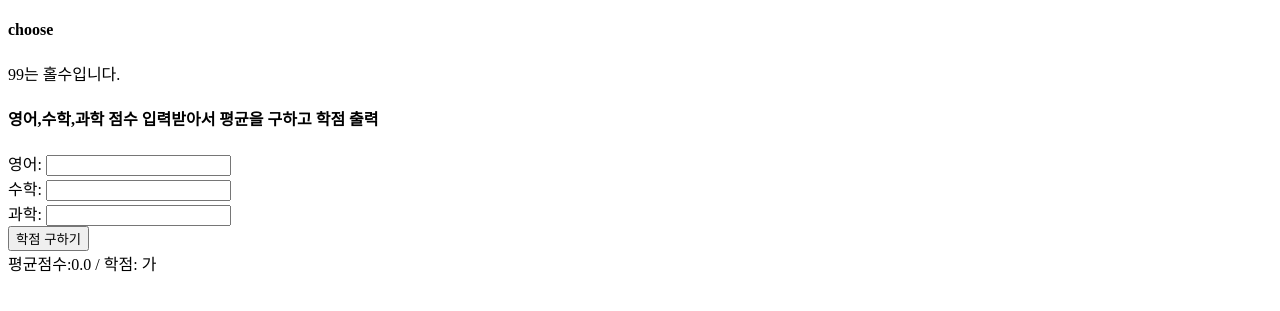
Repository: hyojinx/JspStudy
Page: http://localhost/jspstudy/11JSTL/Choose.jsp
An editor plug-in stored every save of this project. The page is shown before and after the next save, followed by the edit.
The browser window is 1280 px wide. The pictures show the whole page.
The page is served by Tomcat 9. Other server files are loaded and not shown.

Above is the page before, as saved 2023-04-10 03:14:06.

### jspstudy/src/main/webapp/11JSTL/Choose.jsp
<%@ page language="java" contentType="text/html; charset=UTF-8"
    pageEncoding="UTF-8"%>
<%@ taglib prefix="c" uri = "http://java.sun.com/jsp/jstl/core"%>
<!DOCTYPE html>
<html>
<head>
<meta charset="UTF-8">
<title>JSTLcore choose/when/otherwise</title>
</head>
<body>
	<c:set var="num" value="99"/>

	<h4>choose</h4>
	<c:choose>
		<c:when test="${num mod 2 eq 0}">
			${num}는 짝수입니다.
		</c:when>
		<c:otherwise>
			${num}는 홀수입니다.
		</c:otherwise>
	</c:choose>

	<h4>영어,수학,과학 점수 입력받아서 평균을 구하고 학점 출력</h4>
	<form>
		영어: <input type="text" name="eng"/><br>
		수학: <input type="text" name="math"/><br>
		과학: <input type="text" name="sci"/><br>
		<input type="submit" value="학점 구하기"/>
	</form>
	<!-- 90이상 수, 80이상 우, 70이상 미, 60이상 양, 나머지 가 -->
	<!-- 평균점수: ?? / 학점: ?? -->

	<c:set var="avg" value="${(param.eng+param.math+param.sci)/3}"/>
	평균점수:${avg} / 학점:
	<c:choose>
		<c:when test="${avg ge 90 }">수</c:when>
		<c:when test="${avg ge 80 }">우</c:when>
		<c:when test="${avg ge 70 }">미</c:when>
		<c:when test="${avg ge 60 }">양</c:when>
		<c:otherwise>가</c:otherwise>
	</c:choose>



</body>
</html>

After the next save:
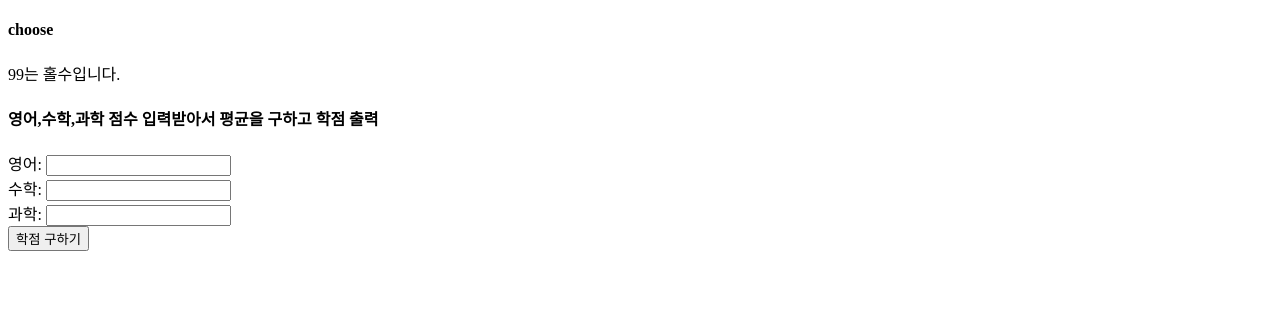
Saved 3 min 2 s later.
--- a/jspstudy/src/main/webapp/11JSTL/Choose.jsp
+++ b/jspstudy/src/main/webapp/11JSTL/Choose.jsp
@@ -29,16 +29,17 @@
 	</form>
 	<!-- 90이상 수, 80이상 우, 70이상 미, 60이상 양, 나머지 가 -->
 	<!-- 평균점수: ?? / 학점: ?? -->
-
-	<c:set var="avg" value="${(param.eng+param.math+param.sci)/3}"/>
-	평균점수:${avg} / 학점:
-	<c:choose>
-		<c:when test="${avg ge 90 }">수</c:when>
-		<c:when test="${avg ge 80 }">우</c:when>
-		<c:when test="${avg ge 70 }">미</c:when>
-		<c:when test="${avg ge 60 }">양</c:when>
-		<c:otherwise>가</c:otherwise>
-	</c:choose>
+	<c:if test="${param.kor }">
+		<c:set var="avg" value="${(param.eng+param.math+param.sci)/3}"/>
+		평균점수:${avg} / 학점:
+		<c:choose>
+			<c:when test="${avg ge 90 }">수</c:when>
+			<c:when test="${avg ge 80 }">우</c:when>
+			<c:when test="${avg ge 70 }">미</c:when>
+			<c:when test="${avg ge 60 }">양</c:when>
+			<c:otherwise>가</c:otherwise>
+		</c:choose>
+	</c:if>
 
 
 

After the 2 saves that followed:
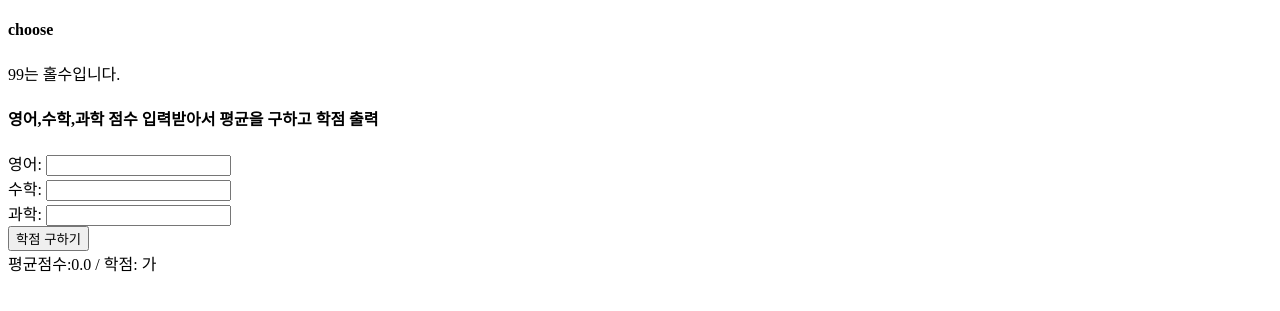
The 2 saves are shown as one change because 1 left the picture as it was.
The last was saved 112 s later.
--- a/jspstudy/src/main/webapp/11JSTL/Choose.jsp
+++ b/jspstudy/src/main/webapp/11JSTL/Choose.jsp
@@ -29,7 +29,7 @@
 	</form>
 	<!-- 90이상 수, 80이상 우, 70이상 미, 60이상 양, 나머지 가 -->
 	<!-- 평균점수: ?? / 학점: ?? -->
-	<c:if test="${param.kor }">
+	<c:if test="${empty param.eng}">
 		<c:set var="avg" value="${(param.eng+param.math+param.sci)/3}"/>
 		평균점수:${avg} / 학점:
 		<c:choose>
